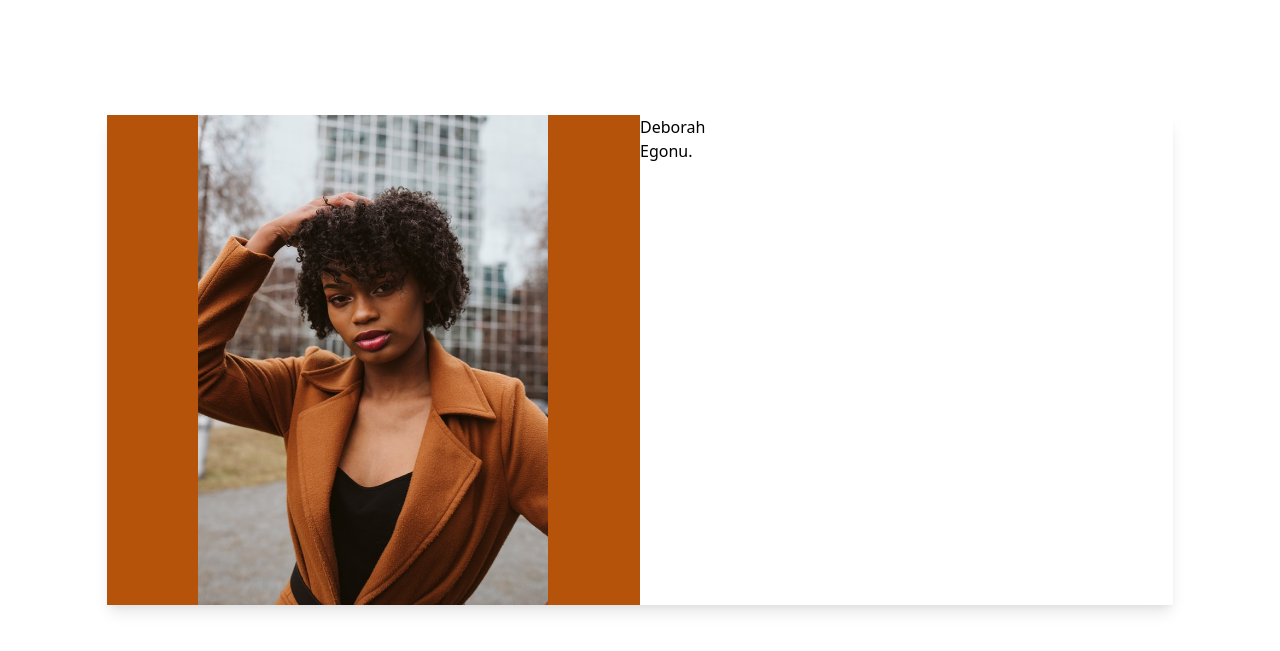
Repository: latenightsnacc/giggles
Page: HTML/user.html
These files come from the project's save history. The page is drawn as it stood at one moment and after the next save; the edit follows.
The browser window is 1280 px wide. The pictures show the whole page.
Some web libraries are served in a nearby version.

Above is the page before, as saved 2021-01-01 16:13:43.

After the next save:
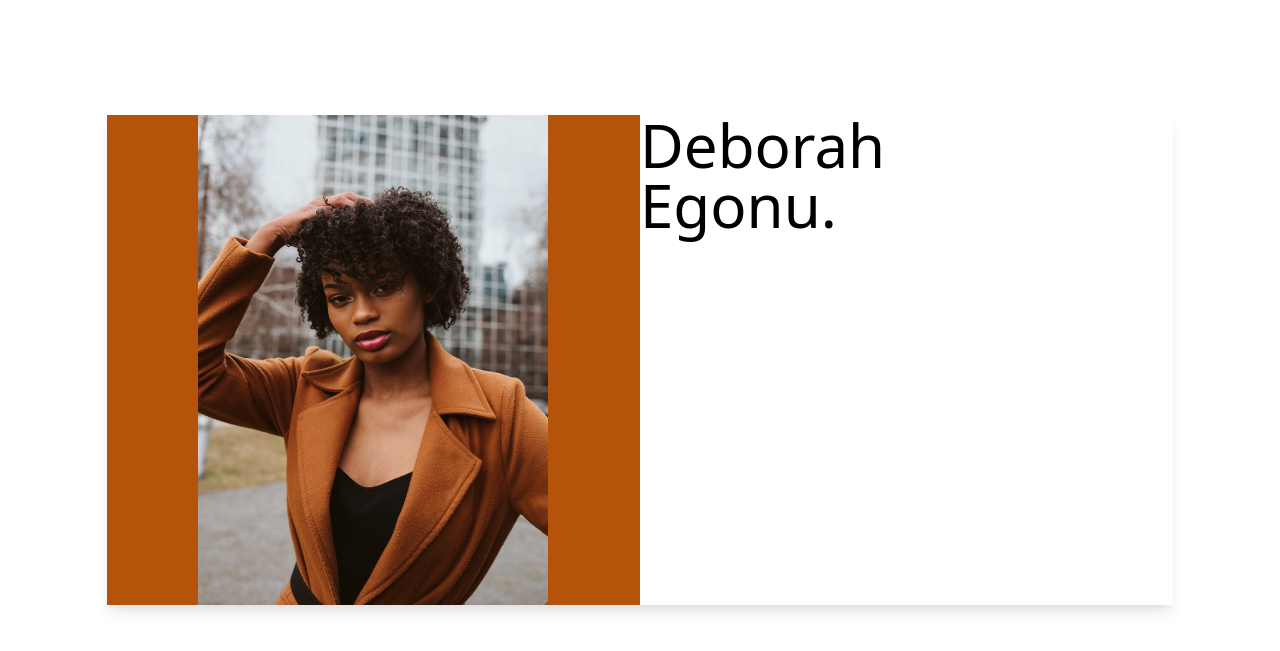
Saved 16 s later.
--- a/HTML/user.html
+++ b/HTML/user.html
@@ -14,7 +14,7 @@
             </div>
 
             <div class="w-1/2 bg-grey-50 h-full">
-                <h1>Deborah </br> Egonu.</h1>
+                <h1 class="text-6xl bold">Deborah </br> Egonu.</h1>
             </div>
 
         </div>
